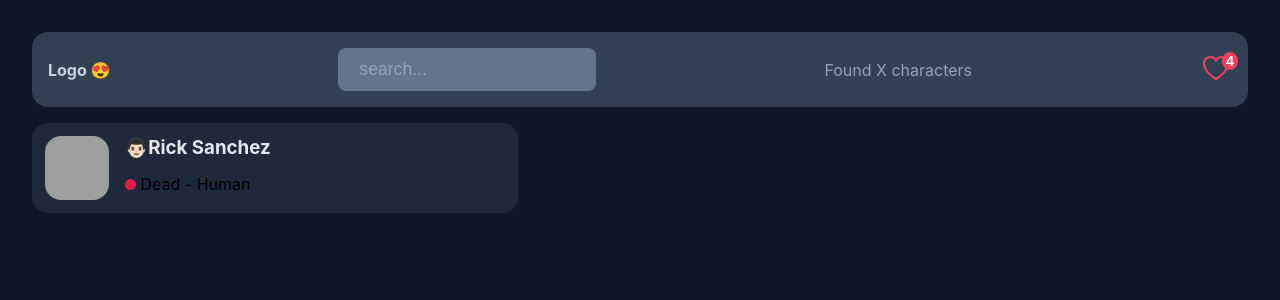
Repository: nikooshahbazi/shahbaziProjects
Page: / (app in splitUIProject/)
The author's editor kept a copy of each file at every save. The page is drawn from the files as they stood at one save, then again after a run of saves.
The browser window is 1280 px wide. The pictures show the whole page.
Pictures or frames that could not be fetched are drawn as grey boxes. The project was rebuilt for these pictures with package versions that can differ from the ones it lists, and the page was loaded fresh each time. Also part of the build but not shown: splitUIProject/vite.config.js.

Above is the page before, as saved 2024-03-13 19:37:15.

After the next 3 saves:
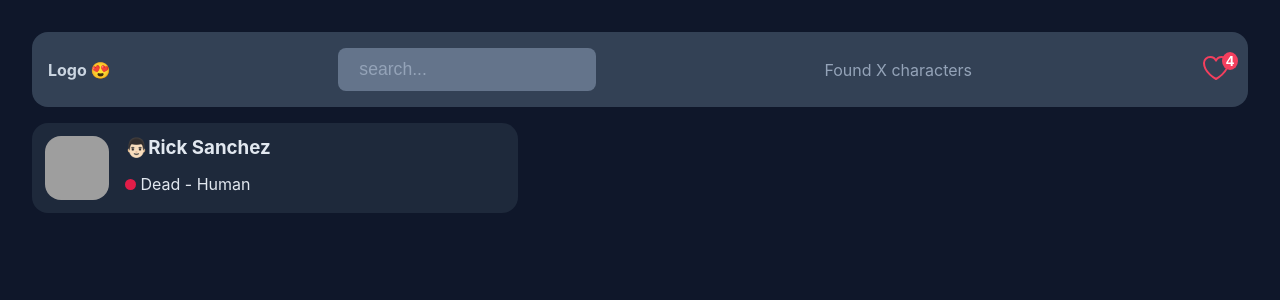
The 3 saves are shown as one change because they came seconds apart.
The last was saved 28 s later.
--- a/splitUIProject/src/components/CharacterList.jsx
+++ b/splitUIProject/src/components/CharacterList.jsx
@@ -19,7 +19,7 @@
         <span>{item.gender === "Male" ? "👨🏻" : "👩🏻"}</span>
         <span>{item.name}</span>
       </h3>
-      <div className="list-item__info">
+      <div className="list-item__info info">
         <span
           className={`status ${item.status === "Dead" ? "red" : ""}`}
         ></span>
